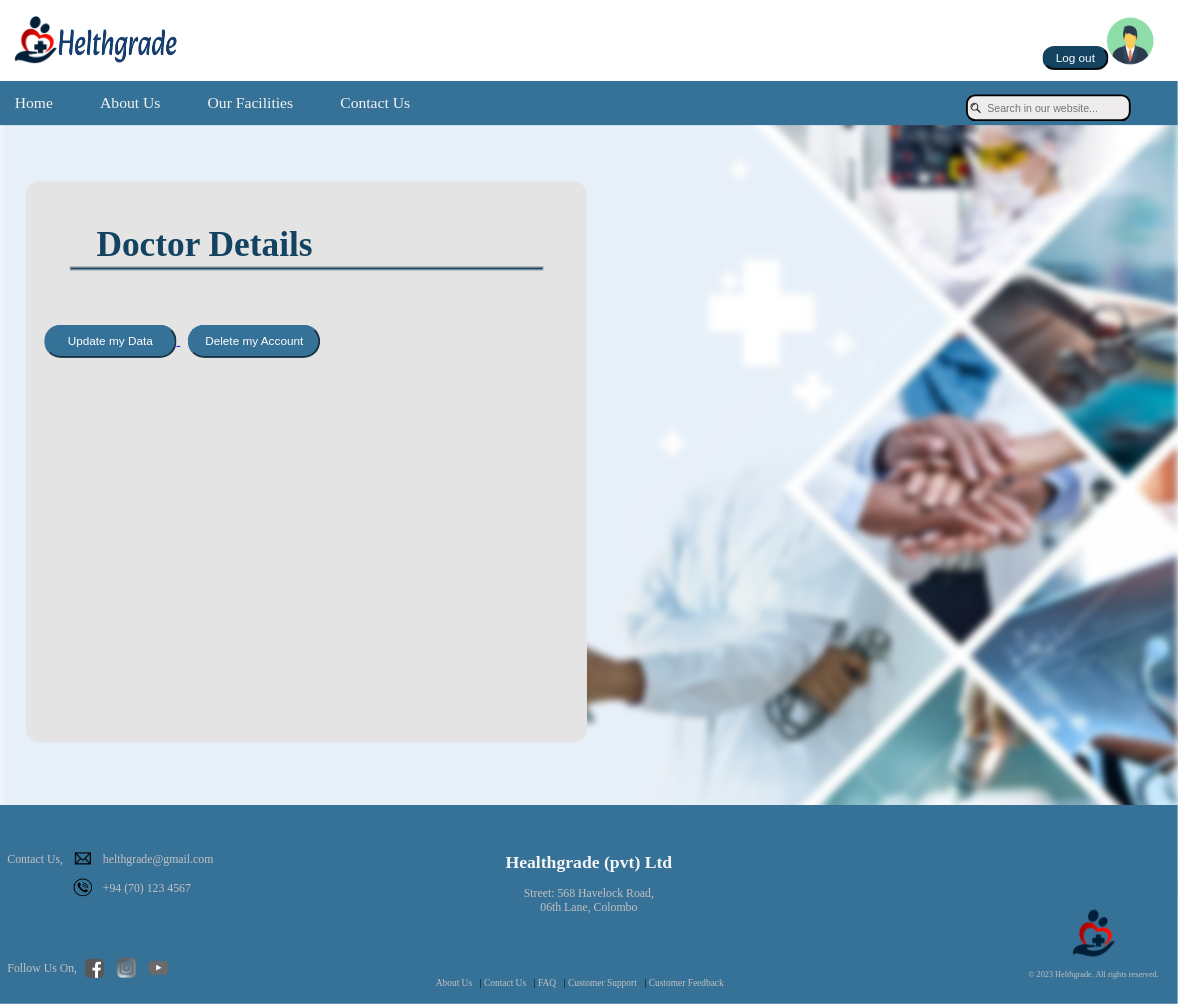
Repository: ILWijewardhana/echannelling-System
Page: http://localhost/echanneling/Doctor.jsp
These files come from the project's save history. The page is drawn as it stood at one moment and after the next save; the edit follows.
The browser window is 1280 px wide. The pictures show the whole page, at 92% of full size.
The page is served by Tomcat 9. The template is opened directly, without the code that normally fills it, so the values that code supplies are empty.

Above is the page before, as saved 2024-05-13 18:08:40.

After the next save:
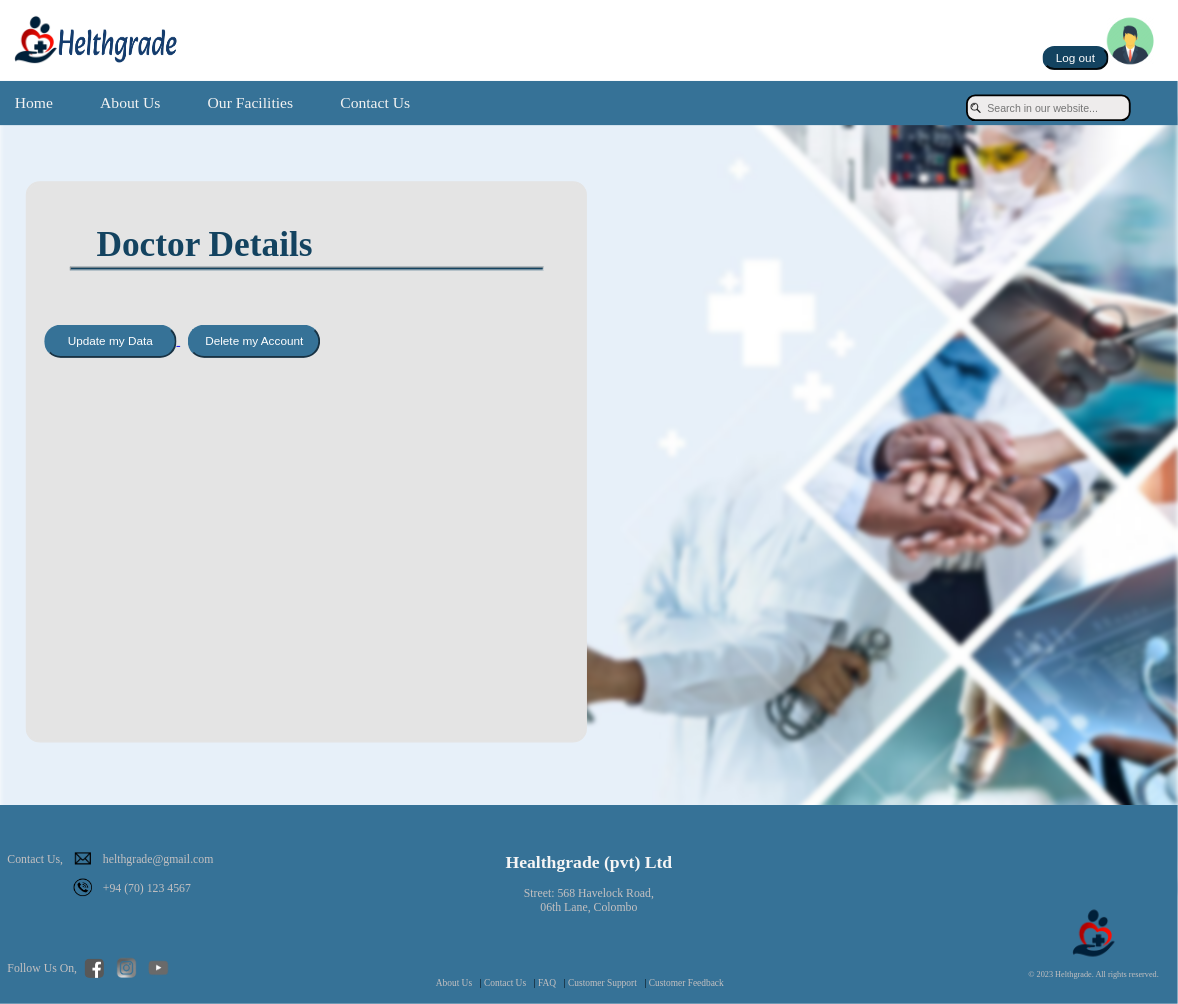
Saved 11 s later.
--- a/echanneling/src/main/webapp/CSS/doctor.css
+++ b/echanneling/src/main/webapp/CSS/doctor.css
@@ -17,7 +17,7 @@ body{
 	background-repeat: no-repeat;
 	background-size: cover;
 	z-index: -1;
-	filter:blur(4px);
+	filter:blur(3px);
 }
 
 #logo{
